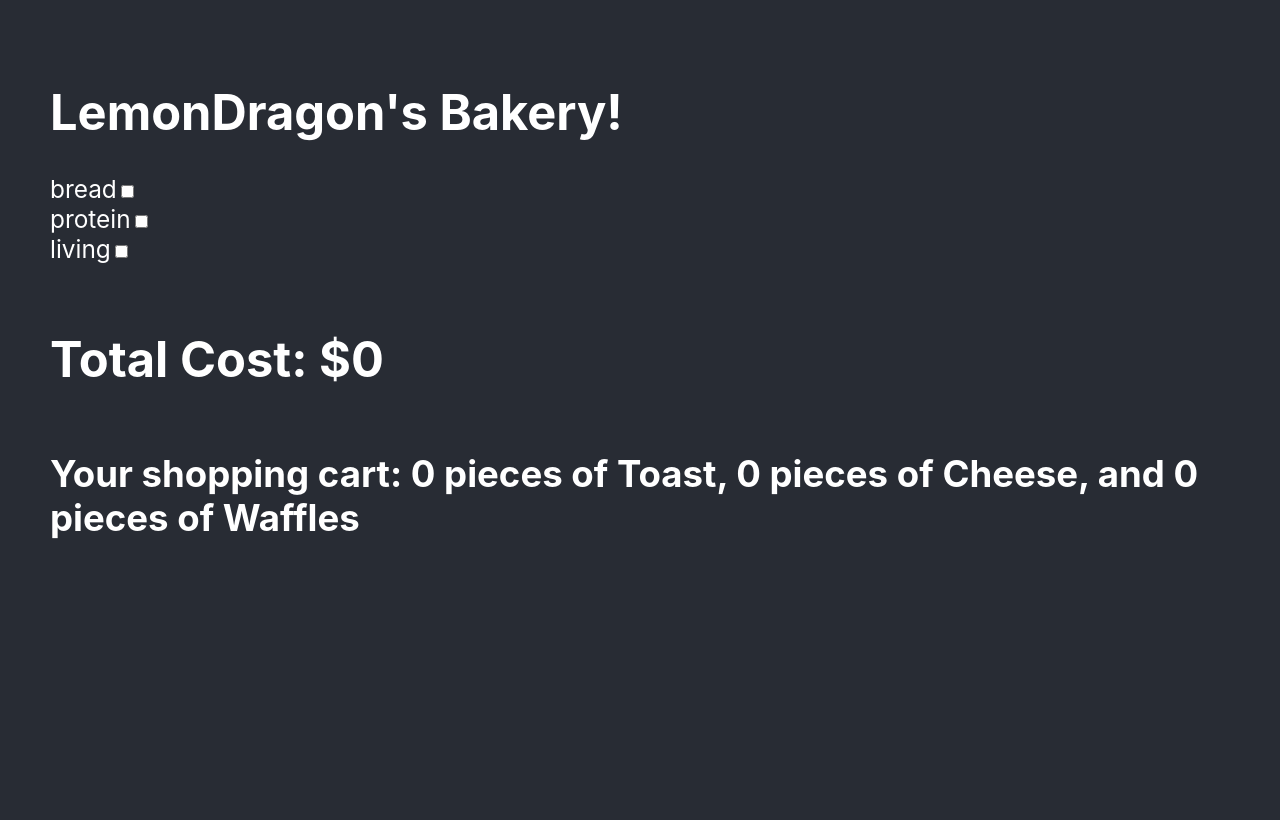
Repository: happydragon200/development
Page: /
The author's editor kept a copy of each file at every save. The page is drawn from the files as they stood at one save, then again after the next save.
The browser window is 1280 px wide. The pictures show the whole page.
The project was rebuilt for these pictures with package versions that can differ from the ones it lists, and the page was loaded fresh each time.

Above is the page before, as saved 2022-12-02 03:10:33.

After the next save:
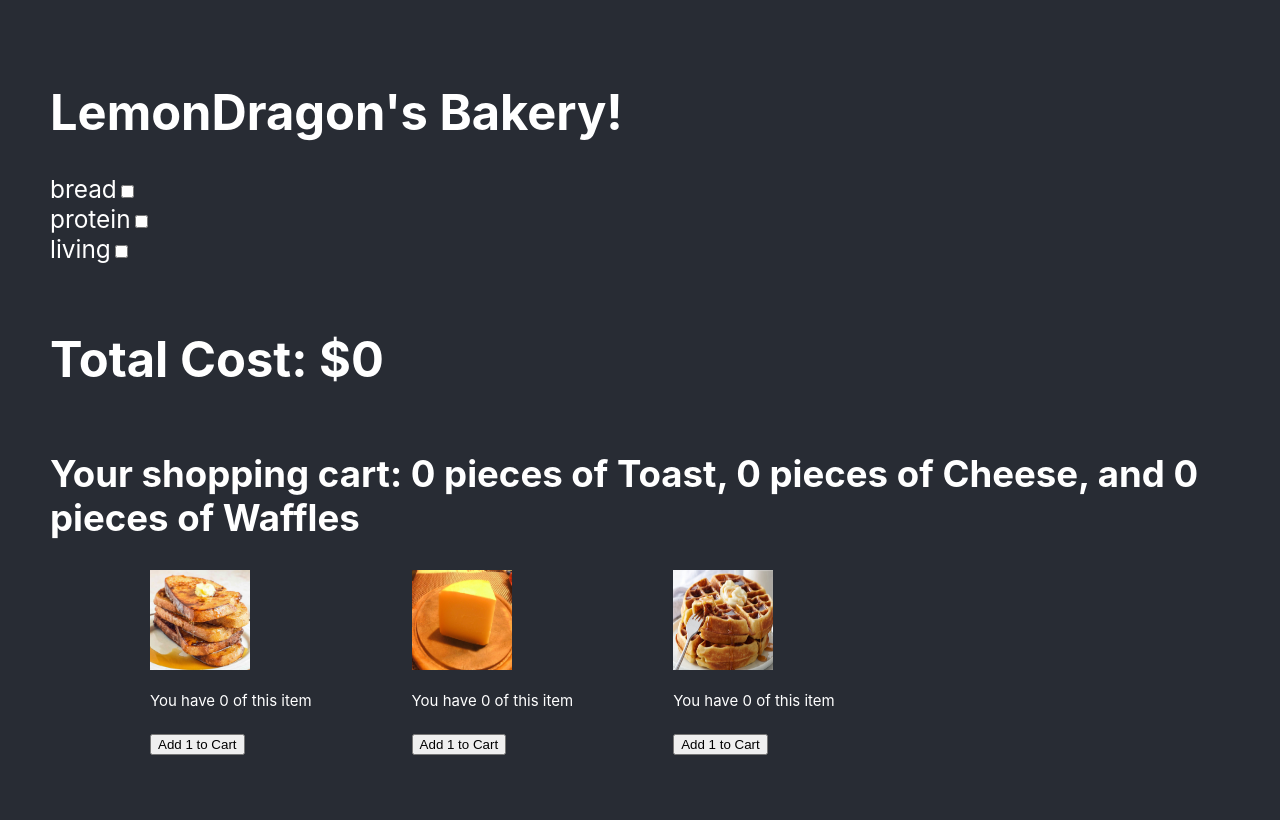
Saved 8 s later.
--- a/src/App.js
+++ b/src/App.js
@@ -146,7 +146,7 @@ function Menu() {
     })
   }
 
-  final_list = final_list.map(item => item[-1])
+  final_list = final_list.map(item => item[1])
 
   console.log(final_list)
   console.log('hm')
